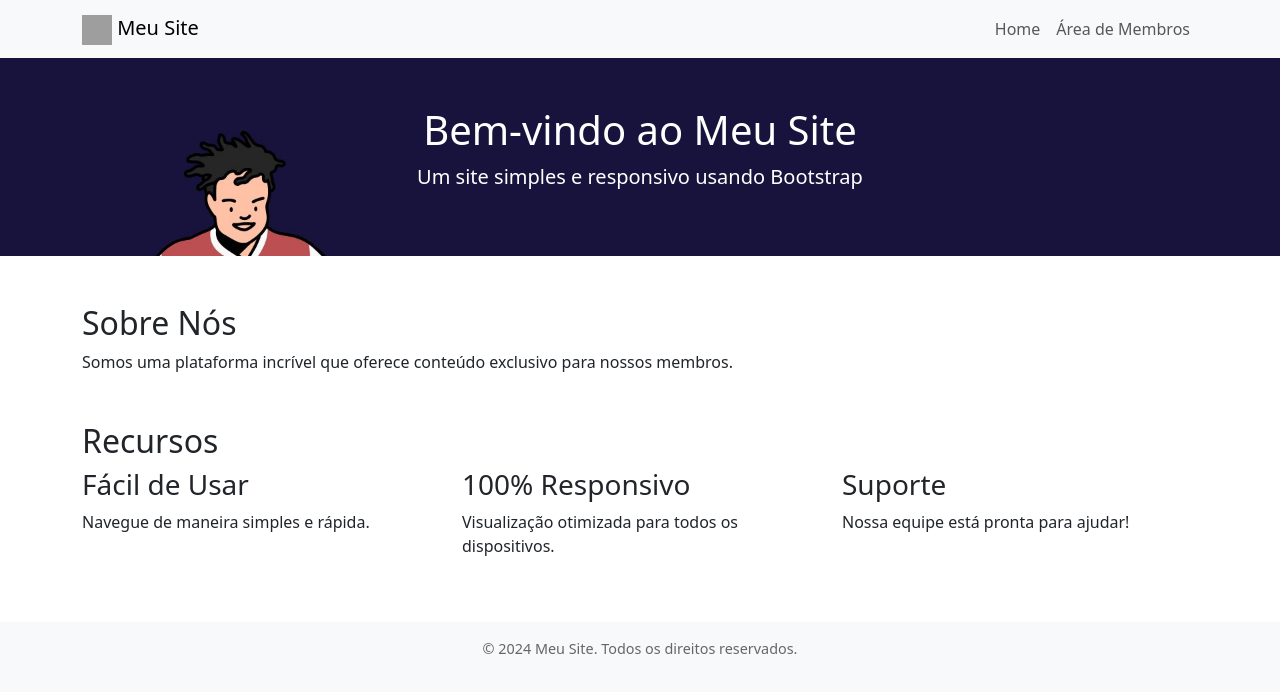
Repository: br-on/projeto-escolinhav3
Page: http://localhost/
These files come from the project's save history. The page is drawn as it stood at one moment and after the next save; the edit follows.
The browser window is 1280 px wide. The pictures show the whole page.
Pictures or frames that could not be fetched are drawn as grey boxes. The page is served by the project's application, run on Flask 3 (main.py).

Above is the page before, as saved 2024-11-14 14:08:07.

### templates/index.html
<!DOCTYPE html>
<html lang="pt-br">
<head>
    <meta charset="UTF-8">
    <meta name="viewport" content="width=device-width, initial-scale=1.0">
    <title>Homepage - Meu Site</title>
    <link href="https://cdn.jsdelivr.net/npm/bootstrap@5.3.0/dist/css/bootstrap.min.css" rel="stylesheet">
    <!-- Link para o CSS personalizado com url_for -->
    <link rel="stylesheet" href="{{ url_for('static', filename='css/style.css') }}">
</head>
<body>

    <!-- Navbar -->
    <nav class="navbar navbar-expand-lg navbar-light bg-light">
        <div class="container">
            <a class="navbar-brand" href="{{ url_for('views.index') }}">
                <!-- Link para o logo com url_for -->
                <img src="{{ url_for('static', filename='img/logo.png') }}" alt="Logo" width="30" height="30">
                Meu Site
            </a>
            <button class="navbar-toggler" type="button" data-bs-toggle="collapse" data-bs-target="#navbarNav">
                <span class="navbar-toggler-icon"></span>
            </button>
            <div class="collapse navbar-collapse" id="navbarNav">
                <ul class="navbar-nav ms-auto">
                    <li class="nav-item"><a class="nav-link" href="{{ url_for('views.index') }}">Home</a></li>
                    <li class="nav-item"><a class="nav-link" href="{{ url_for('views.membros') }}">Área de Membros</a></li>
                </ul>
            </div>
        </div>
    </nav>

    <!-- Hero Section -->
    <header class="bg-primary text-white text-center py-5">
        <div class="container">
            <h1>Bem-vindo ao Meu Site</h1>
            <p class="lead">Um site simples e responsivo usando Bootstrap</p>
        </div>
    </header>

    <!-- Conteúdo Principal -->
    <main class="container my-5">
        <section>
            <h2>Sobre Nós</h2>
            <p>Somos uma plataforma incrível que oferece conteúdo exclusivo para nossos membros.</p>
        </section>

        <section class="my-5">
            <h2>Recursos</h2>
            <div class="row">
                <div class="col-md-4">
                    <h3>Fácil de Usar</h3>
                    <p>Navegue de maneira simples e rápida.</p>
                </div>
                <div class="col-md-4">
                    <h3>100% Responsivo</h3>
                    <p>Visualização otimizada para todos os dispositivos.</p>
                </div>
                <div class="col-md-4">
                    <h3>Suporte</h3>
                    <p>Nossa equipe está pronta para ajudar!</p>
                </div>
            </div>
        </section>
    </main>

    <!-- Footer -->
    <footer class="bg-light text-center py-3">
        <p>&copy; 2024 Meu Site. Todos os direitos reservados.</p>
    </footer>

    <script src="https://cdn.jsdelivr.net/npm/bootstrap@5.3.0/dist/js/bootstrap.bundle.min.js"></script>
</body>
</html>

### views.py
# views.py
from flask import Blueprint, render_template

# Cria um Blueprint para as views
views = Blueprint('views', __name__)

@views.route('/')
def index():
    return render_template('index.html')

@views.route('/membros')
def membros():
    return render_template('membros.html')

### main.py
# app.py
from flask import Flask
from views import views  # Importa o Blueprint

app = Flask(__name__)

# Registra o Blueprint das views
app.register_blueprint(views)

if __name__ == '__main__':
    app.run(debug=True)

### static/css/style.css
/* Estilos customizados */

header {
    background-image: url('../img/banner.jpg');
    background-size: cover;
    color: white;
}

footer {
    font-size: 0.9em;
    color: #666;
}

After the next save:
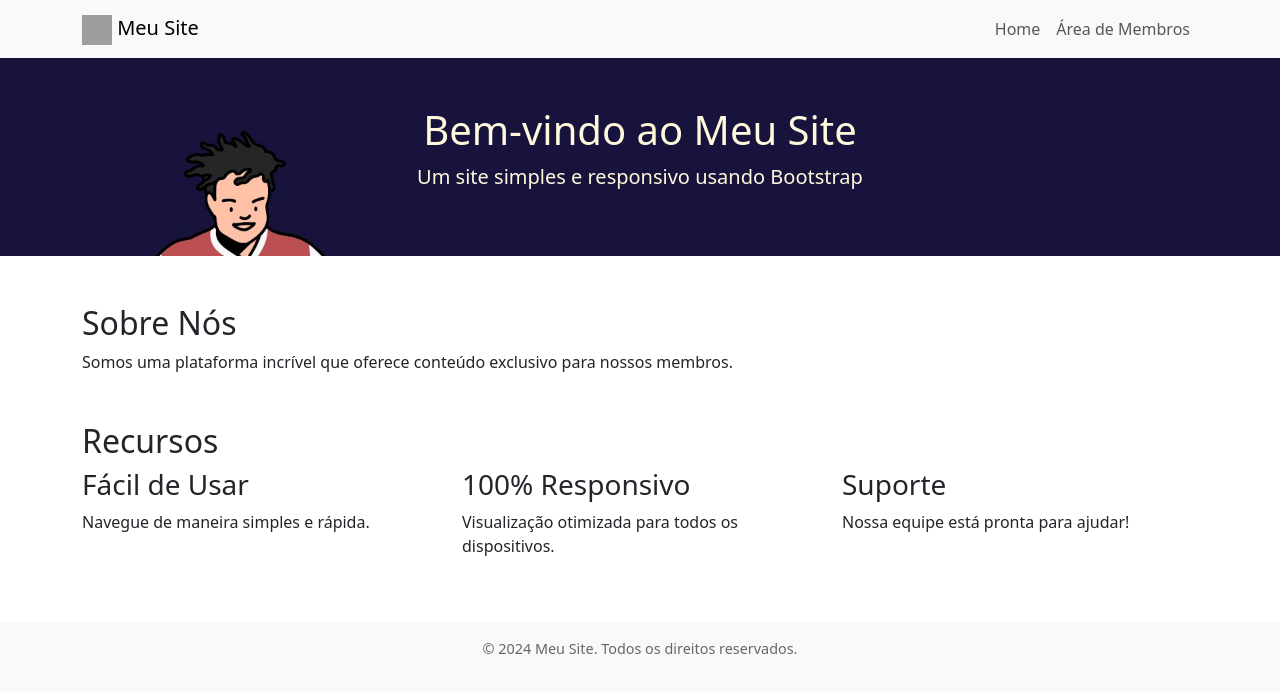
Saved 8 min 40 s later.
--- a/static/css/style.css
+++ b/static/css/style.css
@@ -10,3 +10,11 @@
     font-size: 0.9em;
     color: #666;
 }
+
+.bg-primary {
+    background-color: #d8561f !important; /* Cor de fundo substituída */
+}
+
+.text-white {
+    color: #FFF8DC !important; /* Cor de texto substituída */
+}
